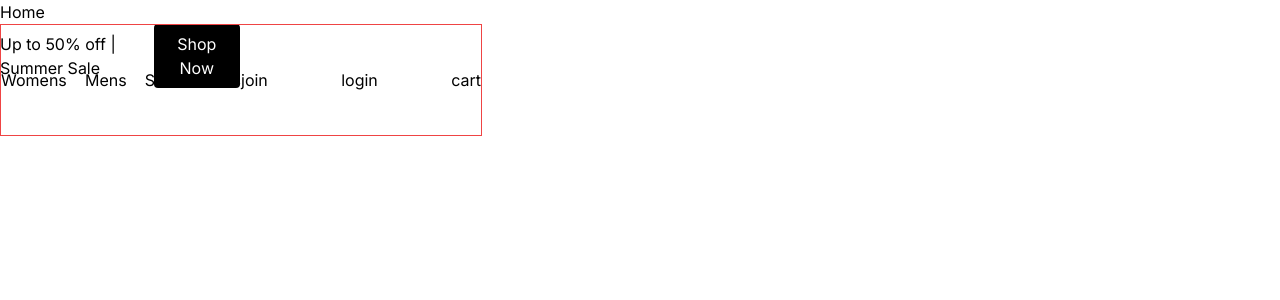
Repository: harrywebb21/stil-clothing
Page: /
The author's editor kept a copy of each file at every save. The page is drawn from the files as they stood at one save, then again after the next save.
The browser window is 1280 px wide. The pictures show the whole page.
The project was rebuilt for these pictures with package versions that can differ from the ones it lists, and the page was loaded fresh each time. The framework's server and built-in components were replaced by stand-ins that run in the browser. Also part of the build but not shown: next.config.js.

Above is the page before, as saved 2023-06-08 15:51:51.

### src/app/page.js
"use client";
import Image from "next/image";
import Navbar from "./components/Navbar";
import SaleBox from "./components/SaleBox";

export default function Home() {
  return (
    <div>
      <h1>Home</h1>
      <Navbar />
      <SaleBox />
    </div>
  );
}

### src/app/components/Navbar.js
export default function Navbar() {
  return (
    <div className=" border border-red-500 h-28 flex justify-between items-center fixed">
      <ul className=" flex justify-between w-60">
        <li>
          <a href="/womens">Womens</a>
        </li>
        <li>
          <a href="/mens">Mens</a>
        </li>
        <li>
          <a href="/sale">Sale</a>
        </li>
        <li>
          <a href="/jeans">Jeans</a>
        </li>
      </ul>

      <ul className="flex justify-between w-60">
        <li>
          <a href="/join">join</a>
        </li>
        <li>
          <a href="/login">login</a>
        </li>
        <li>
          <a href="/cart">cart</a>
        </li>
      </ul>
    </div>
  );
}

### src/app/components/SaleBox.js
export default function SaleBox() {
  return (
    <div className="flex justify-between items-center w-60">
      <h1> Up to 50% off | Summer Sale</h1>
      <button className="bg-black text-white px-4 py-2 rounded">
        Shop Now
      </button>
    </div>
  );
}

Loaded but not shown: src/app/layout.js (common file); src/app/globals.css (common file); tailwind.config.js (common file)

After the next save:
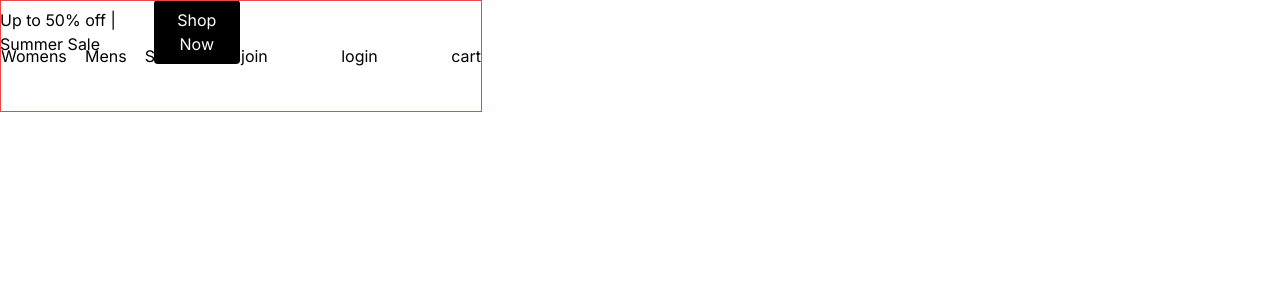
Saved 32 s later.
--- a/src/app/page.js
+++ b/src/app/page.js
@@ -6,7 +6,6 @@ import SaleBox from "./components/SaleBox";
 export default function Home() {
   return (
     <div>
-      <h1>Home</h1>
       <Navbar />
       <SaleBox />
     </div>
